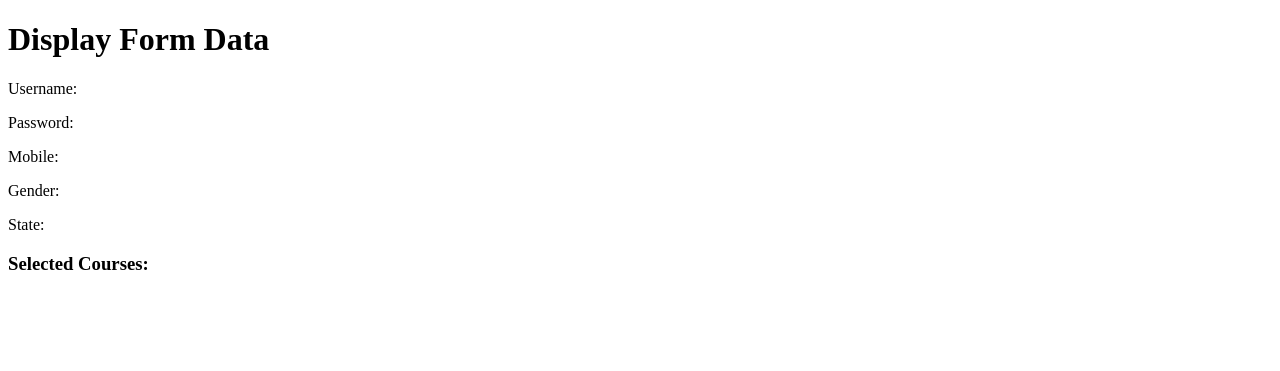
Repository: Nitin-Kalshetty/Training_Java
Page: http://localhost/usertaglibrary/display.jsp
An editor plug-in stored every save of this project. The page is shown before and after the next save, followed by the edit.
The browser window is 1280 px wide. The pictures show the whole page.
The page is served by Tomcat 9. Other server files are loaded and not shown.

Above is the page before, as saved 2023-05-28 12:30:54.

### usertaglibrary/src/main/webapp/display.jsp
<%@page import="java.util.List"%>
<%@ page language="java" contentType="text/html; charset=UTF-8"
    pageEncoding="UTF-8"%>
<%@ page isELIgnored="false" %>
<%@ taglib prefix="c" uri="http://java.sun.com/jsp/jstl/core" %>
<!DOCTYPE html>
<html>
<head>
<meta charset="UTF-8">
<title>Insert title here</title>
</head>
<body>
<h1>Display Form Data</h1>

    <p>Username:
    <c:out value="${param.username}" /> </p>
    <p>Password: <c:out value="${param.password}" />
    </p>
    <p>Mobile: <c:out value="${param.mobile}" />
    </p>
    <p>Gender: <c:out value="${param.gender}" />
    </p>
    <p>State: <c:out value="${param.selectstate}" />
    </p>
    <h3>Selected Courses:</h3>
    <% String str =  request.getParameter("selectcourses");
    %>
	<c:forEach items="${param.selectcourses}"  var="course">
	${course}
	</c:forEach>


</body>
</html>

After the next save:
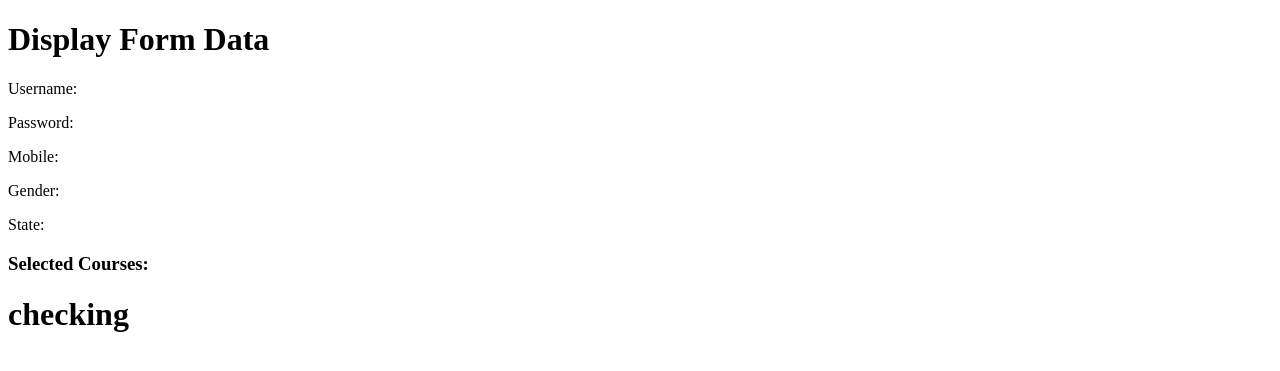
Saved 85 s later.
--- a/usertaglibrary/src/main/webapp/display.jsp
+++ b/usertaglibrary/src/main/webapp/display.jsp
@@ -23,6 +23,7 @@
     <p>State: <c:out value="${param.selectstate}" />
     </p>
     <h3>Selected Courses:</h3>
+    <h1>checking</h1>
     <% String str =  request.getParameter("selectcourses");
     %>
 	<c:forEach items="${param.selectcourses}"  var="course">
